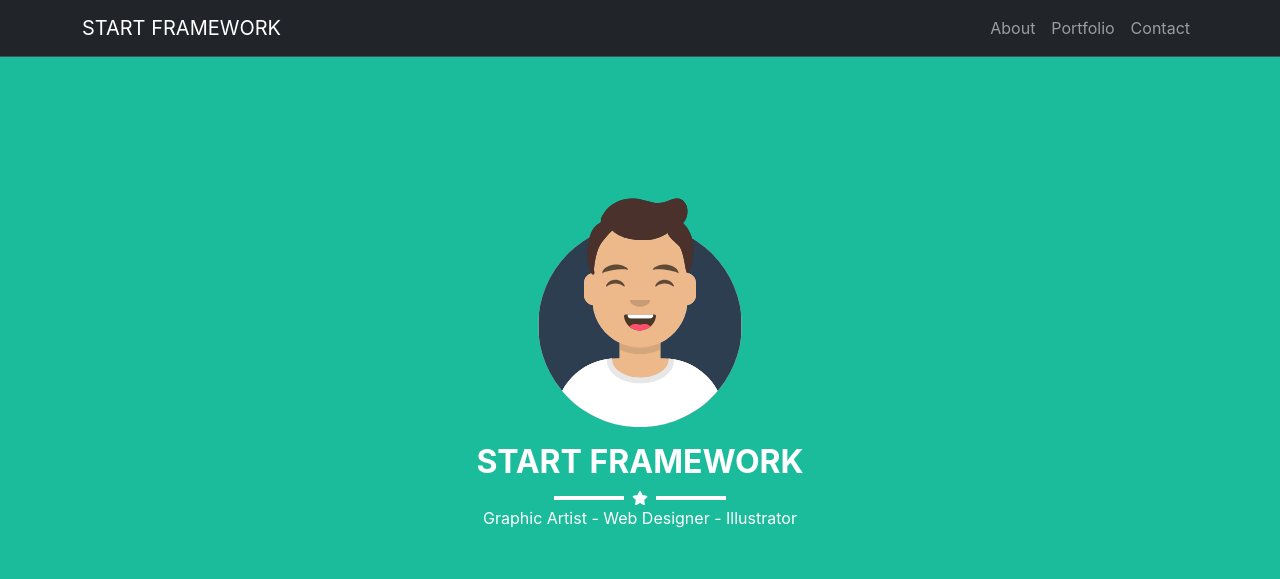
Repository: YomnaWegdan/startFramework
Page: /
The author's editor kept a copy of each file at every save. The page is drawn from the files as they stood at one save, then again after the next save.
The browser window is 1280 px wide. The pictures show the whole page.
The project was rebuilt for these pictures with package versions that can differ from the ones it lists, and the page was loaded fresh each time. Also part of the build but not shown: src/Components/About.jsx, src/Components/Contact.jsx, src/Components/Error.jsx.

Above is the page before, as saved 2024-02-04 22:08:00.

### src/index.js
import React from 'react';
import ReactDOM from 'react-dom/client';
import 'bootstrap/dist/css/bootstrap.min.css'
import 'bootstrap/dist/js/bootstrap.bundle.min.js'

import './index.css';
import App from './App';
import reportWebVitals from './reportWebVitals';

const root = ReactDOM.createRoot(document.getElementById('root'));
root.render(
  <React.StrictMode>
    <App />
  </React.StrictMode>
);

// If you want to start measuring performance in your app, pass a function
// to log results (for example: reportWebVitals(console.log))
// or send to an analytics endpoint. Learn more: https://bit.ly/CRA-vitals
reportWebVitals();

### src/index.css
body {
  margin: 0;
  font-family: -apple-system, BlinkMacSystemFont, 'Segoe UI', 'Roboto', 'Oxygen',
    'Ubuntu', 'Cantarell', 'Fira Sans', 'Droid Sans', 'Helvetica Neue',
    sans-serif;
  -webkit-font-smoothing: antialiased;
  -moz-osx-font-smoothing: grayscale;
}

code {
  font-family: source-code-pro, Menlo, Monaco, Consolas, 'Courier New',
    monospace;
}
.w-20{
  width: 20%;
}
.home{
  background-color: #1ABC9C;
}
.line{
  background-color: white;
  width: 70px;
  height: 4px;
}

### src/App.js
import { RouterProvider, createBrowserRouter } from 'react-router-dom';
import './App.css';
import Layout from './Components/Layout';
import Home from './Components/Home';
import About from './Components/About';
import Contact from './Components/Contact';
import Error from './Components/Error';

function App() {

  let routes = createBrowserRouter([{
    path:'', element:<Layout/> , children:[
      {index:true , element:<Home/>},
      {path:'/about' , element:<About/>},
      {path:'/contact' , element:<Contact/>},
      {path:'*' , element:<Error/>},




    ]
  }])
  return (
    <div className="App">
    <RouterProvider router={routes}></RouterProvider>
    </div>
  );
}

export default App;

### src/Components/Layout.jsx
import React from 'react'
import Navbar from './Navbar'
import { Outlet } from 'react-router-dom'
import Footer from './Footer'

export default function Layout() {
  return (
    <div>
      <Navbar/>
      <Outlet></Outlet>
      <Footer/>
    </div>
  )
}

### src/Components/Home.jsx
import React, { Fragment } from 'react'
import img from '../images/avataaars.svg';
import { FaStar } from "react-icons/fa6";

export default function Home() {
  return (
    <Fragment>
      <section className='home vh-100 text-white'>
        <div className='container h-100'>
            <div className='row align-items-center justify-content-center h-100'>
                <div className='col-md-12'>
                <img src={img} className='w-20 mb-3' alt='img'/>
                <h2 className='fw-bold'>START FRAMEWORK</h2>
                <div className='d-flex justify-content-center align-items-center'>
                    <div className='line'></div>
                    <FaStar className=' mx-2 '/>
                    <div className='line'></div>
                </div>
                <div>Graphic Artist - Web Designer - Illustrator</div>



                </div>
            </div>
        </div>

      </section>
    </Fragment>
  )
}

### src/Components/Navbar.jsx
import React from "react";
import { NavLink } from "react-router-dom";

export default function Navbar() {
  return (
    <>
      <nav
        className="navbar navbar-expand-lg bg-dark border-bottom border-body fixed-top"
        data-bs-theme="dark"
      >
        <div className="container">
          <NavLink className="navbar-brand" to="/">
            START FRAMEWORK
          </NavLink>
          <button
            className="navbar-toggler"
            type="button"
            data-bs-toggle="collapse"
            data-bs-target="#navbarSupportedContent"
            aria-controls="navbarSupportedContent"
            aria-expanded="false"
            aria-label="Toggle navigation"
          >
            <span className="navbar-toggler-icon"></span>
          </button>
          <div className="collapse navbar-collapse" id="navbarSupportedContent">
            <ul className="navbar-nav ms-auto mb-2 mb-lg-0">
              <li className="nav-item">
                <NavLink className="nav-link" to="/about">
                  About
                </NavLink>
              </li>
              <li className="nav-item">
                <NavLink className="nav-link" to="/portfolio">
                  Portfolio
                </NavLink>
              </li>
              <li className="nav-item">
                <NavLink className="nav-link" to="/Contact">
                  Contact
                </NavLink>
              </li>
            </ul>
          </div>
        </div>
      </nav>
    </>
  );
}

Loaded but not shown: public/index.html (common file); src/reportWebVitals.js (common file); src/App.css (common file); src/Components/Footer.jsx (common file)

After the next save:
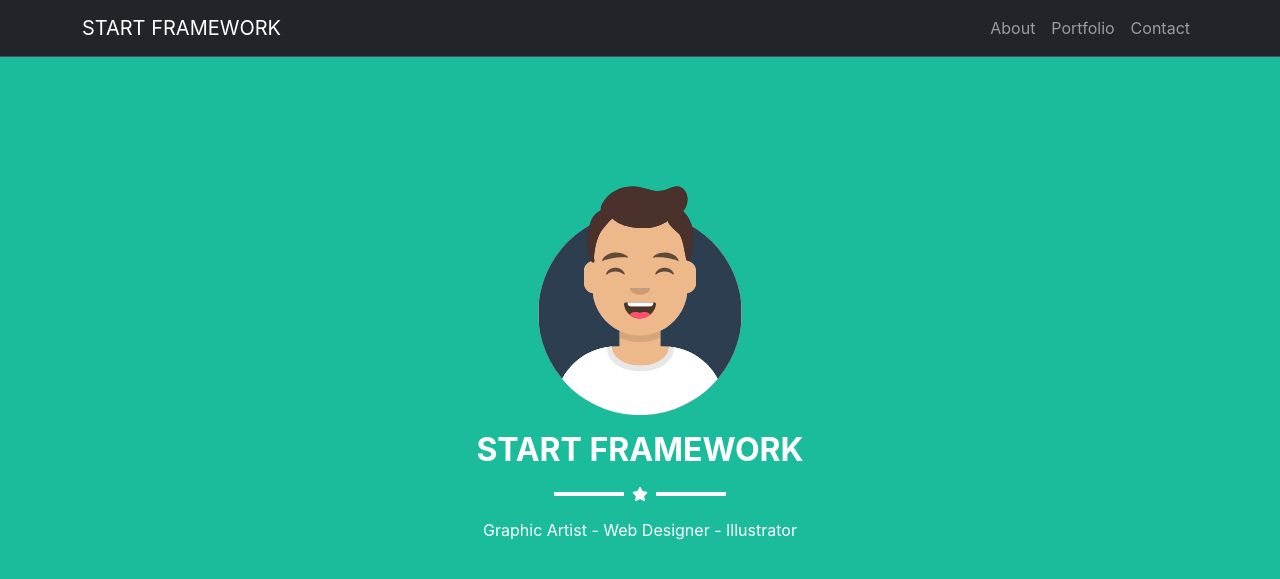
Saved 29 s later.
--- a/src/Components/Home.jsx
+++ b/src/Components/Home.jsx
@@ -11,7 +11,7 @@ export default function Home() {
                 <div className='col-md-12'>
                 <img src={img} className='w-20 mb-3' alt='img'/>
                 <h2 className='fw-bold'>START FRAMEWORK</h2>
-                <div className='d-flex justify-content-center align-items-center'>
+                <div className='d-flex justify-content-center align-items-center my-3'>
                     <div className='line'></div>
                     <FaStar className=' mx-2 '/>
                     <div className='line'></div>
